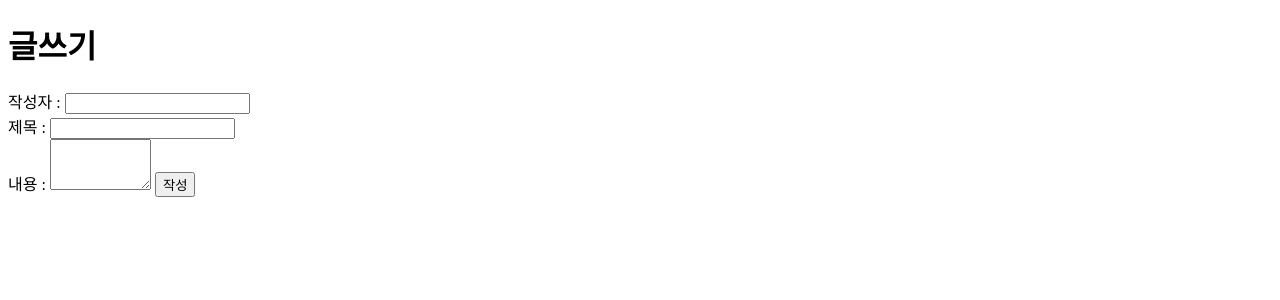
Repository: sanghshlsh/workspace_jsp
Page: http://localhost/Board/write.jsp
The author's editor kept a copy of each file at every save. The page is drawn from the files as they stood at one save, then again after the next save.
The browser window is 1280 px wide. The pictures show the whole page.
The page is served by Tomcat 9.

Above is the page before, as saved 2020-06-05 06:37:39.

After the next save:
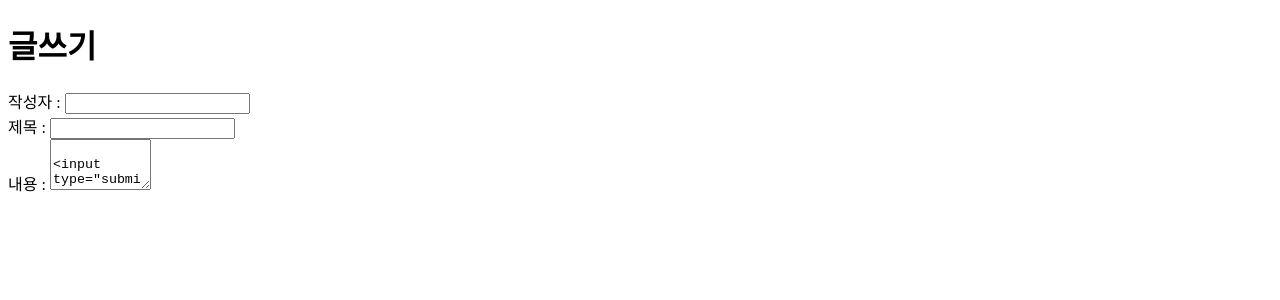
Saved 10 s later.
--- a/Board/WebContent/write.jsp
+++ b/Board/WebContent/write.jsp
@@ -16,7 +16,7 @@
 	작성자 : <input name="writer"><br>
 	제목 : <input name="title"><br>
 	내용 :
-	<textarea rows="3" cols="10" name="content"></textarea>
+	<textarea rows="3" cols="10" name="content"/>
 	<input type="submit" value="작성">
 	</form>
 

After the save that followed:
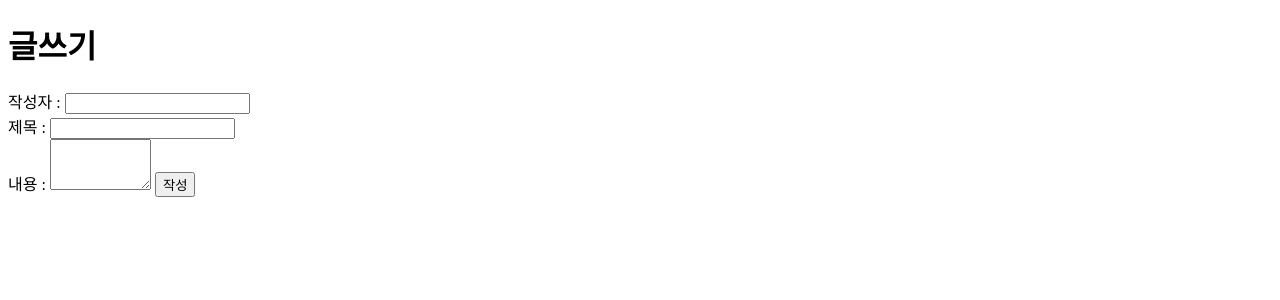
Saved 4 s later.
--- a/Board/WebContent/write.jsp
+++ b/Board/WebContent/write.jsp
@@ -16,7 +16,7 @@
 	작성자 : <input name="writer"><br>
 	제목 : <input name="title"><br>
 	내용 :
-	<textarea rows="3" cols="10" name="content"/>
+	<textarea rows="3" cols="10" name="content"></textarea>
 	<input type="submit" value="작성">
 	</form>
 
